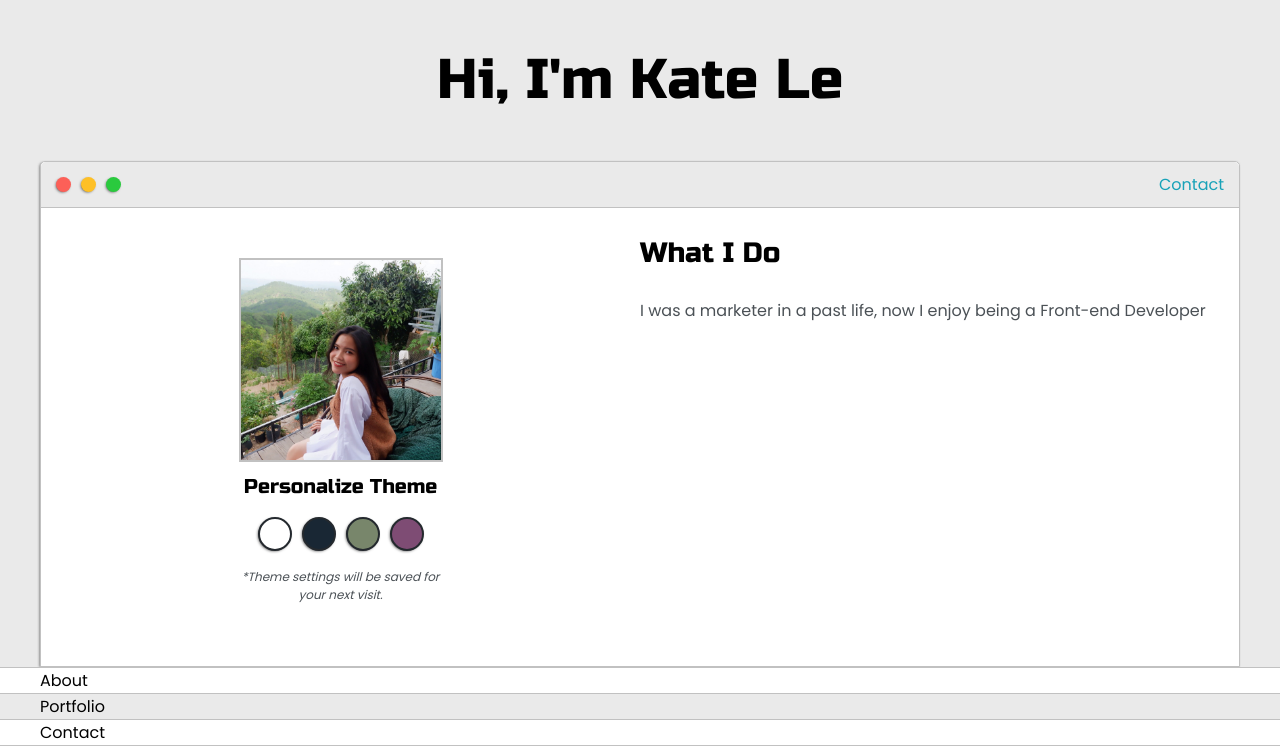
Repository: kate30980/my-persponal-website
Page: index.html
An editor plug-in stored every save of this project. The page is shown before and after the next save, followed by the edit.
The browser window is 1280 px wide. The pictures show the whole page.

Above is the page before, as saved 2021-08-26 21:27:37.

After the next save:
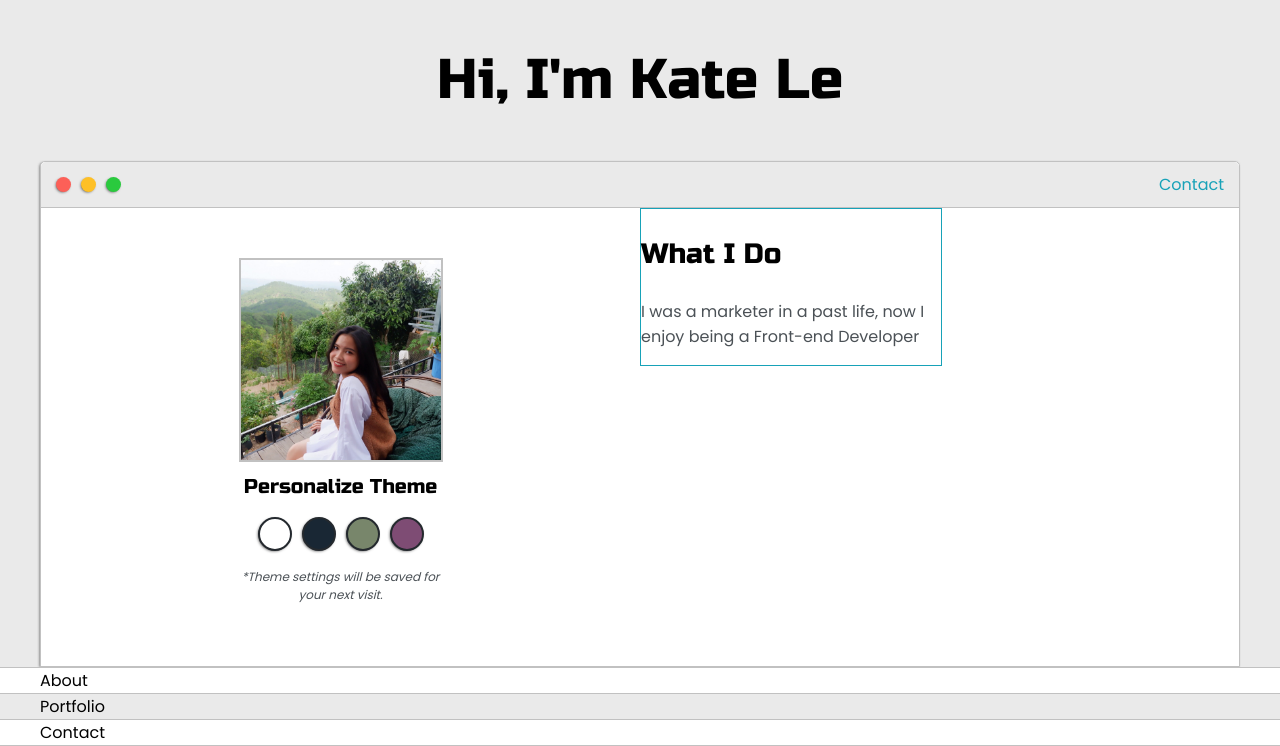
Saved 53 s later.
--- a/main.css
+++ b/main.css
@@ -206,6 +206,10 @@
 .right-column {
   grid-area: right-column;
 }
+#preview {
+  width: 300px;
+  border: 1.5px solid #17a2b8;
+}
 
 @media screen and (max-width: 1200px) {
   .main-container {
